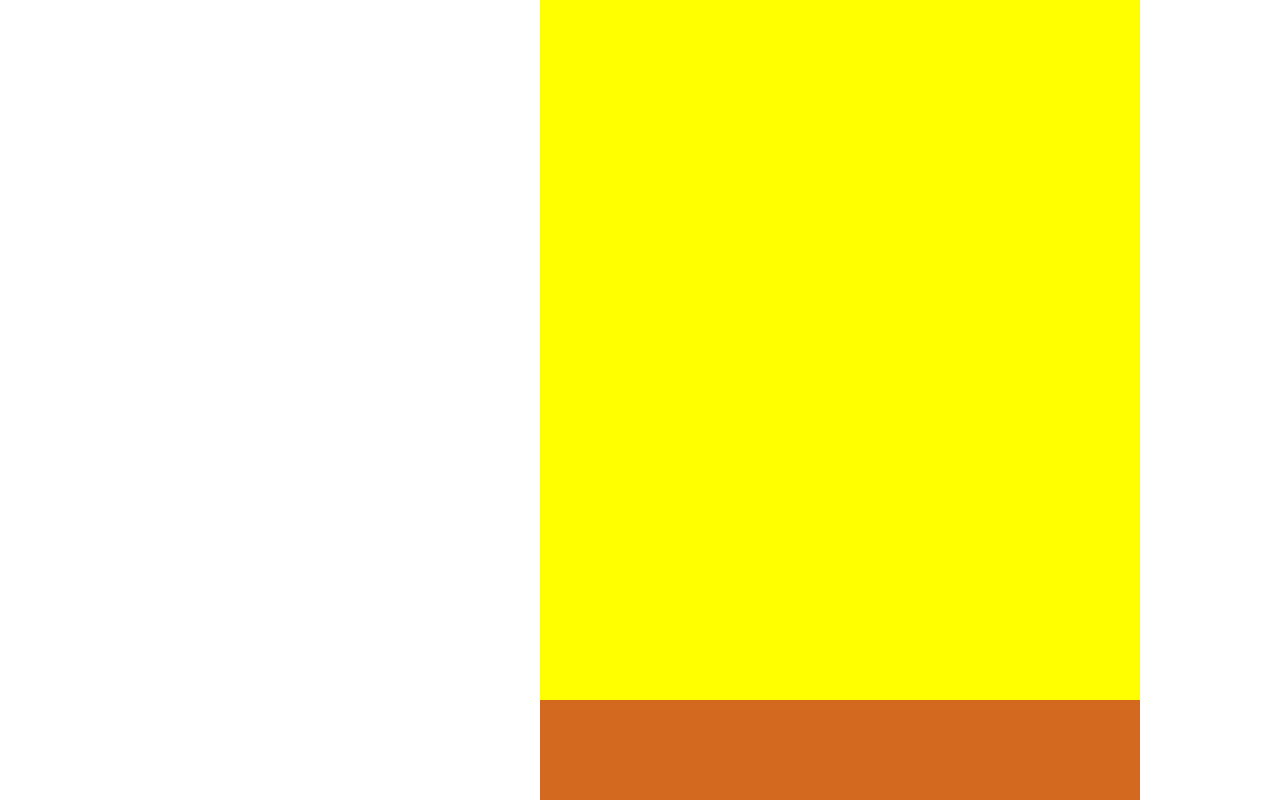
Repository: jinggegeZ/livechat
Page: /
An editor plug-in stored every save of this project. The page is shown before and after the next save, followed by the edit.
The browser window is 1280 px wide. The pictures show the whole page.
The project was rebuilt for these pictures with package versions that can differ from the ones it lists, and the page was loaded fresh each time.

Above is the page before, as saved 2020-08-17 10:59:27.

After the next save:
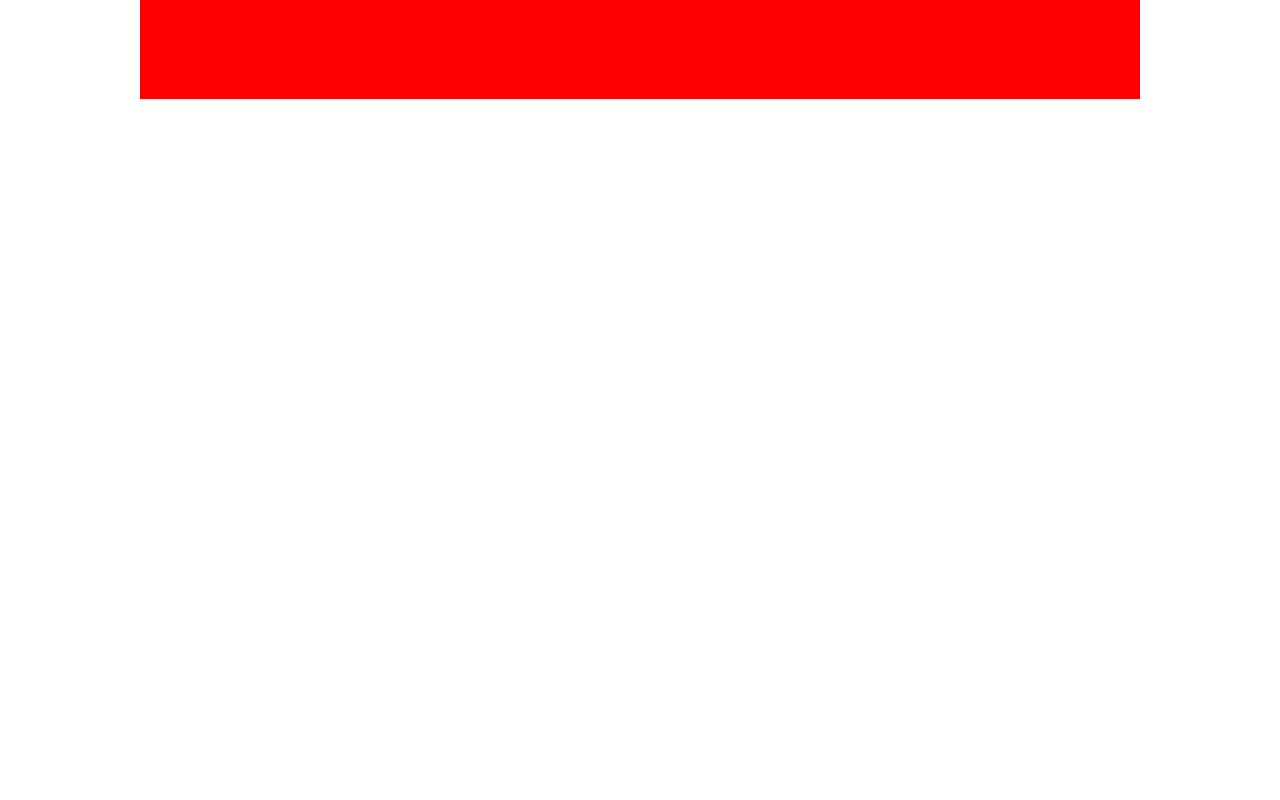
Saved 26 s later.
--- a/src/views/Home.vue
+++ b/src/views/Home.vue
@@ -65,7 +65,12 @@
   flex: 4;
   height: 100%;
 }
-
+.box1-1 {
+  width: 100%;
+  height: 99px;
+  border-bottom: 1px solid rgb(228,228,228);
+  background: red;
+}
 .box2 {
   flex: 6;
   height: 100%;
